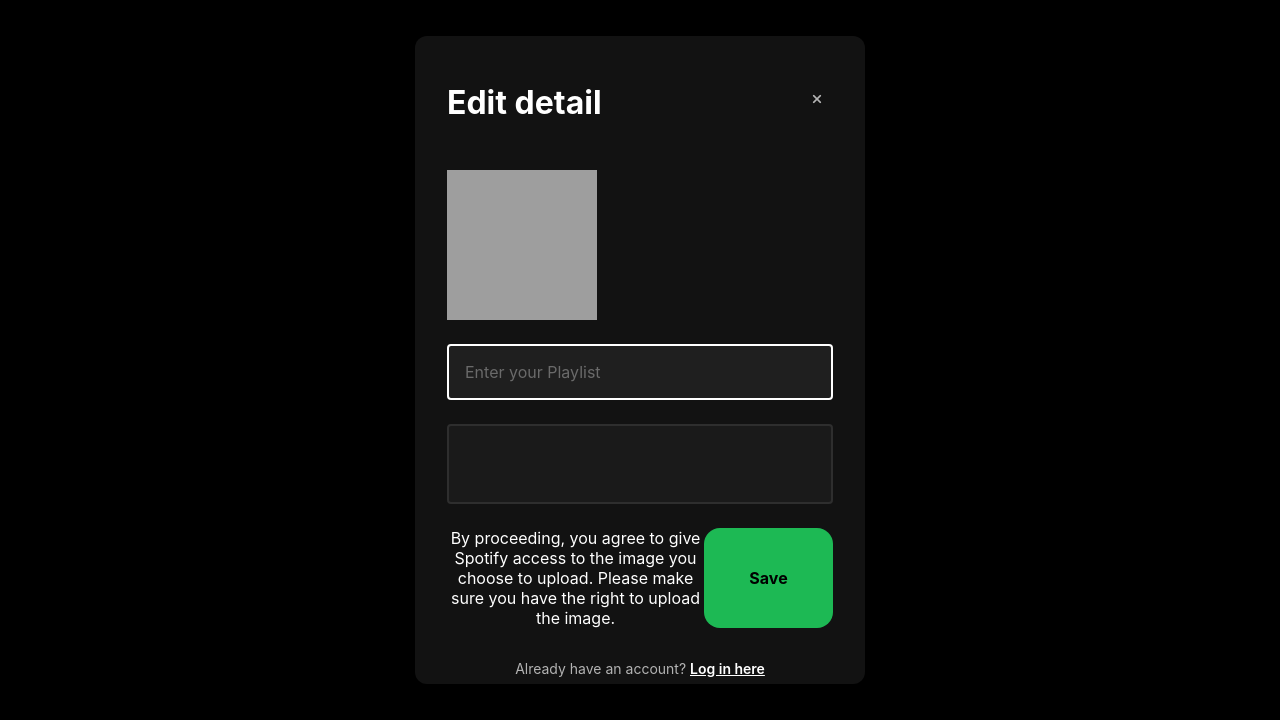
Repository: lannguyen1301/f8-zoom-module2
Page: nhap.html
These files come from the project's save history. The page is drawn as it stood at one moment and after the next save; the edit follows.
The browser window is 1280 px wide. The pictures show the whole page.
Pictures or frames that could not be fetched are drawn as grey boxes. An inner scrolling area shows only its first screen.

Above is the page before, as saved 2025-08-15 23:19:25.

After the next save:
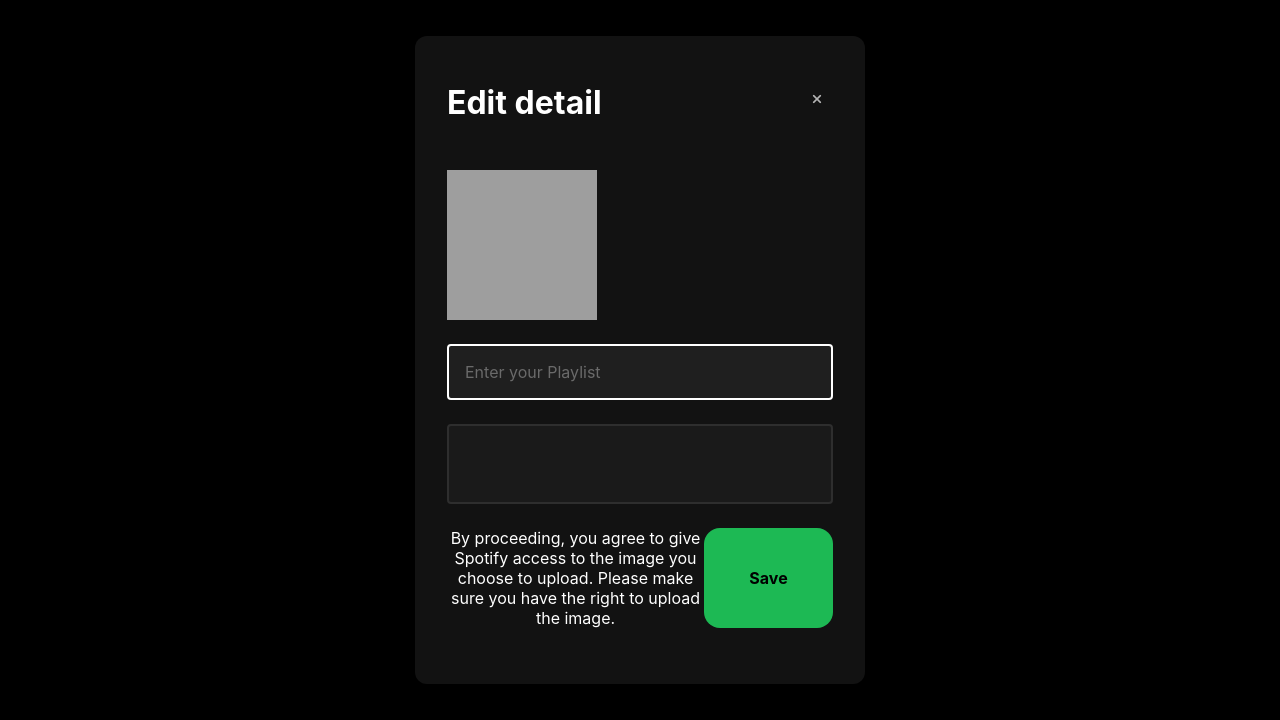
Saved 24 s later.
--- a/nhap.html
+++ b/nhap.html
@@ -130,13 +130,6 @@
                             </button>
                         </div>
                     </form>
-
-                    <div class="auth-switch">
-                        <span>Already have an account? </span>
-                        <button class="auth-link" id="showLogin">
-                            Log in here
-                        </button>
-                    </div>
                 </div>
 
                 <!-- Login Form -->
